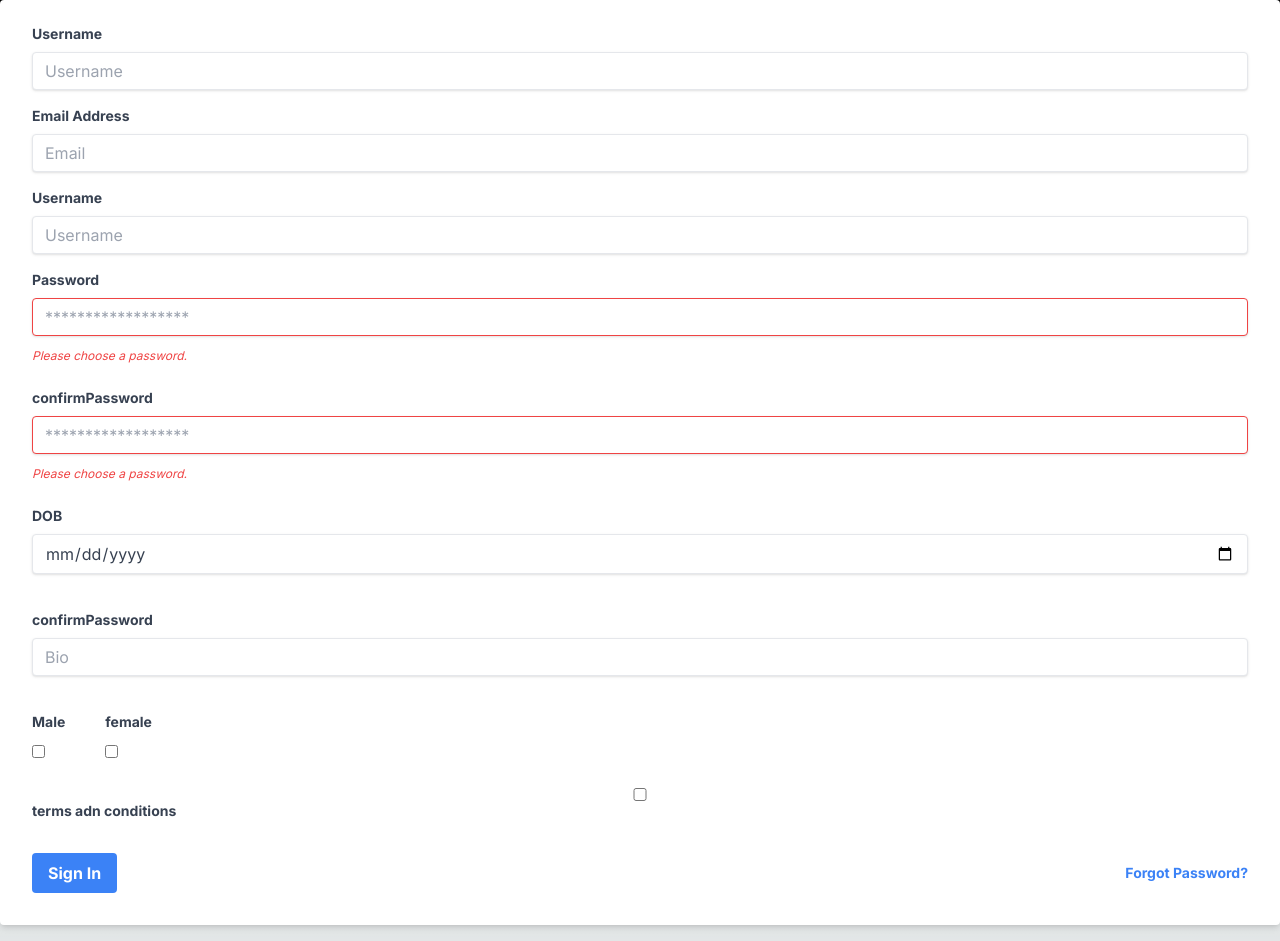
Repository: uh-sman/tiktok-card
Page: /
These files come from the project's save history. The page is drawn as it stood at one moment and after the next save; the edit follows.
The browser window is 1280 px wide. The pictures show the whole page.
The project was rebuilt for these pictures with package versions that can differ from the ones it lists, and the page was loaded fresh each time. The framework's server and built-in components were replaced by stand-ins that run in the browser. Also part of the build but not shown: next.config.js.

Above is the page before, as saved 2023-12-19 12:24:18.

### app/page.tsx
'use client'
import Input from "./components/Input";
import { FieldValues, SubmitHandler, useForm } from "react-hook-form";
export default function Home() {
  // const { register, handleSubmit, reset } = useForm<FieldValues>({
  //   defaultValues: {
  //     Username: "",
  //     email: '',
  //     password: '',
  //     confirmPassword: '',
  //     DateOfBirth: '',
  //     Bio: '',
  //     gender: '',
  //     termsAndConditions: ''
  //   }
  // })

  // const onSubmit: SubmitHandler<FieldValues> = () => {

  // }

  return (
    <div className="bg-black h-screen w-screen">
      {/* <div className="flex justify-center"> */}
      <div className="flex justify-center  w-full flex-col">
      <form className="bg-white shadow-md rounded px-8 pt-6 pb-8 mb-4">
    <div className="mb-4">
      <label className="block text-gray-700 text-sm font-bold mb-2" htmlFor="username">
        Username
      </label>
      <Input onChange={() => {}} className="shadow appearance-none border rounded w-full py-2 px-3 text-gray-700 leading-tight focus:outline-none focus:shadow-outline" id="username" type="text" placeholder="Username" />
    </div>
    <div className="mb-4">
      <label className="block text-gray-700 text-sm font-bold mb-2" htmlFor="username">
        Email Address
      </label>
      <Input onChange={() => {}} className="shadow appearance-none border rounded w-full py-2 px-3 text-gray-700 leading-tight focus:outline-none focus:shadow-outline" id="email" type="email" placeholder="Email" />
    </div>
    <div className="mb-4">
      <label className="block text-gray-700 text-sm font-bold mb-2" htmlFor="username">
        Username
      </label>
      <Input onChange={() => {}} className="shadow appearance-none border rounded w-full py-2 px-3 text-gray-700 leading-tight focus:outline-none focus:shadow-outline" id="username" type="text" placeholder="Username" />
    </div>
    <div className="mb-6">
      <label className="block text-gray-700 text-sm font-bold mb-2" htmlFor="password">
        Password
      </label>
      <Input onChange={() => {}} className="shadow appearance-none border border-red-500 rounded w-full py-2 px-3 text-gray-700 mb-3 leading-tight focus:outline-none focus:shadow-outline" id="password" type="password" placeholder="******************" />
      <p className="text-red-500 text-xs italic">Please choose a password.</p>
    </div>
    <div className="mb-6">
      <label className="block text-gray-700 text-sm font-bold mb-2" htmlFor="password">
        confirmPassword
      </label>
      <Input onChange={() => {}} className="shadow appearance-none border border-red-500 rounded w-full py-2 px-3 text-gray-700 mb-3 leading-tight focus:outline-none focus:shadow-outline" id="confirmPassword" type="password" placeholder="******************" />
      <p className="text-red-500 text-xs italic">Please choose a password.</p>
    </div>
    <div className="mb-6">
      <label className="block text-gray-700 text-sm font-bold mb-2" htmlFor="password">
        DOB
      </label>
      <Input onChange={() => {}} className="shadow appearance-none border rounded w-full py-2 px-3 text-gray-700 mb-3 leading-tight focus:outline-none focus:shadow-outline" id="DateOfBirth" type="date" placeholder="DOB" />
      {/* <p className="text-red-500 text-xs italic">Please confirm your password.</p> */}
    </div>
    <div className="mb-6">
      <label className="block text-gray-700 text-sm font-bold mb-2" htmlFor="password">
        confirmPassword
      </label>
      <Input onChange={() => {}} className="shadow appearance-none border rounded w-full py-2 px-3 text-gray-700 mb-3 leading-tight focus:outline-none focus:shadow-outline" id="Bio" type="text" placeholder="Bio" />
      {/* <p className="text-red-500 text-xs italic">Please confirm your password.</p> */}
    </div>
    <div className="mb-6">
      <div className="flex gap-10">
        <div className="">
        <label className="block text-gray-700 text-sm font-bold mb-2" htmlFor="gender">
        Male
      </label>
      <Input onChange={() => {}} className="" id="male" type="checkbox" placeholder="male" />
        </div>
        <div className="">
          <label className="block text-gray-700 text-sm font-bold mb-2" htmlFor="gender">
            female
          </label>
      <Input className="" onChange={() => {}}  id="female" type="checkbox" placeholder="female" />
        </div>
      </div>
    </div>
    <div className="mb-6 flex flex-col-reverse">
      <label className="block text-gray-700 text-sm font-bold mb-2" htmlFor="password">
        terms adn conditions
      </label>
      <Input onChange={() => {}} className="" id="terms" type="checkbox" placeholder="terms and conditions" />
      {/* <p className="text-red-500 text-xs italic">Please confirm your password.</p> */}
    </div>
    <div className="flex items-center justify-between">
      <button className="bg-blue-500 hover:bg-blue-700 text-white font-bold py-2 px-4 rounded focus:outline-none focus:shadow-outline" type="button">
        Sign In
      </button>
      <a className="inline-block align-baseline font-bold text-sm text-blue-500 hover:text-blue-800" href="#">
        Forgot Password?
      </a>
    </div>
  </form>

      </div>
      {/* </div> */}
    </div>
  );
}



{/* <form class="max-w-sm mx-auto">
  <div class="mb-5">
    <label for="email" class="block mb-2 text-sm font-medium text-gray-900 dark:text-white">Your email</label>
    <input type="email" id="email" class="bg-gray-50 border border-gray-300 text-gray-900 text-sm rounded-lg focus:ring-blue-500 focus:border-blue-500 block w-full p-2.5 dark:bg-gray-700 dark:border-gray-600 dark:placeholder-gray-400 dark:text-white dark:focus:ring-blue-500 dark:focus:border-blue-500" placeholder="name@flowbite.com" required>
  </div>
  <div class="mb-5">
    <label for="password" class="block mb-2 text-sm font-medium text-gray-900 dark:text-white">Your password</label>
    <input type="password" id="password" class="bg-gray-50 border border-gray-300 text-gray-900 text-sm rounded-lg focus:ring-blue-500 focus:border-blue-500 block w-full p-2.5 dark:bg-gray-700 dark:border-gray-600 dark:placeholder-gray-400 dark:text-white dark:focus:ring-blue-500 dark:focus:border-blue-500" required>
  </div>
  <div class="flex items-start mb-5">
    <div class="flex items-center h-5">
      <input id="remember" type="checkbox" value="" class="w-4 h-4 border border-gray-300 rounded bg-gray-50 focus:ring-3 focus:ring-blue-300 dark:bg-gray-700 dark:border-gray-600 dark:focus:ring-blue-600 dark:ring-offset-gray-800 dark:focus:ring-offset-gray-800" required>
    </div>
    <label for="remember" class="ms-2 text-sm font-medium text-gray-900 dark:text-gray-300">Remember me</label>
  </div>
  <button type="submit" class="text-white bg-blue-700 hover:bg-blue-800 focus:ring-4 focus:outline-none focus:ring-blue-300 font-medium rounded-lg text-sm w-full sm:w-auto px-5 py-2.5 text-center dark:bg-blue-600 dark:hover:bg-blue-700 dark:focus:ring-blue-800">Submit</button>
</form> */}

### app/components/Input.tsx

type InputType = "text" | "password" | "file" | "email" | 'date' | 'checkbox' | "radio"

interface InputProps {
    id: string;
    className: string;
    placeholder: string;
    type: InputType;
    onChange: (value: string, file?: File ) => void;
}

const Input: React.FC<InputProps> = ({
    id,
    className,
    placeholder,
    type,
    onChange
}) => {
    const handleChange = (event: React.ChangeEvent<HTMLInputElement>) => {
        const { value, files } = event.target;
        if (type === 'file' && files) {
            onChange(value, files[0]);
        } else {
            onChange(value);
        }
    };

    return (
        <input
            id={id}
            className={className}
            placeholder={placeholder}
            type={type}
            onChange={handleChange}
        />
    );
};


export default Input;

Loaded but not shown: app/layout.tsx (common file); app/globals.css (common file); tailwind.config.ts (common file)

After the next save:
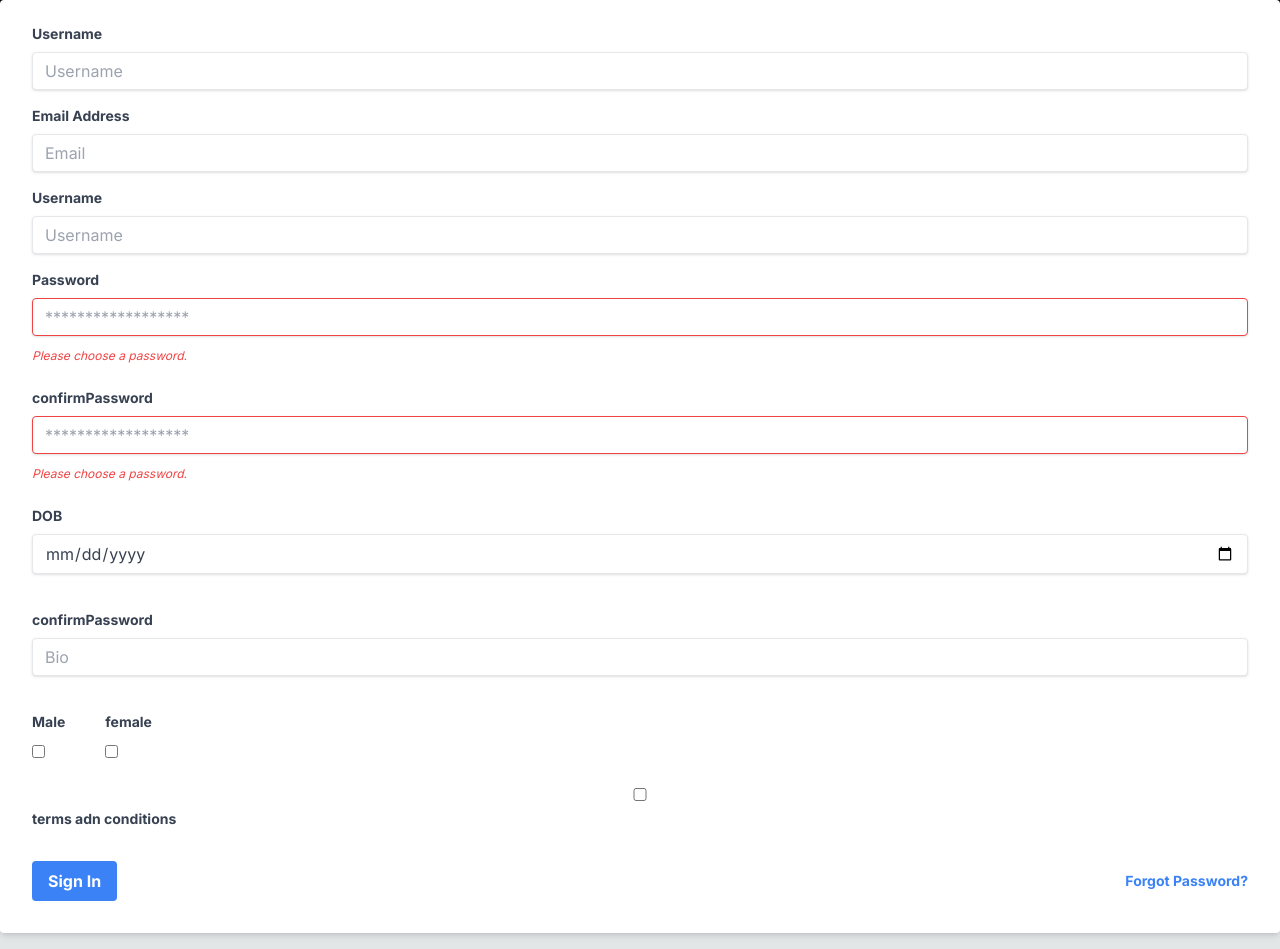
Saved 12 s later.
--- a/app/page.tsx
+++ b/app/page.tsx
@@ -86,7 +86,7 @@ export default function Home() {
         </div>
       </div>
     </div>
-    <div className="mb-6 flex flex-col-reverse">
+    <div className="mb-6 flex flex-col-reverse gap-2">
       <label className="block text-gray-700 text-sm font-bold mb-2" htmlFor="password">
         terms adn conditions
       </label>
